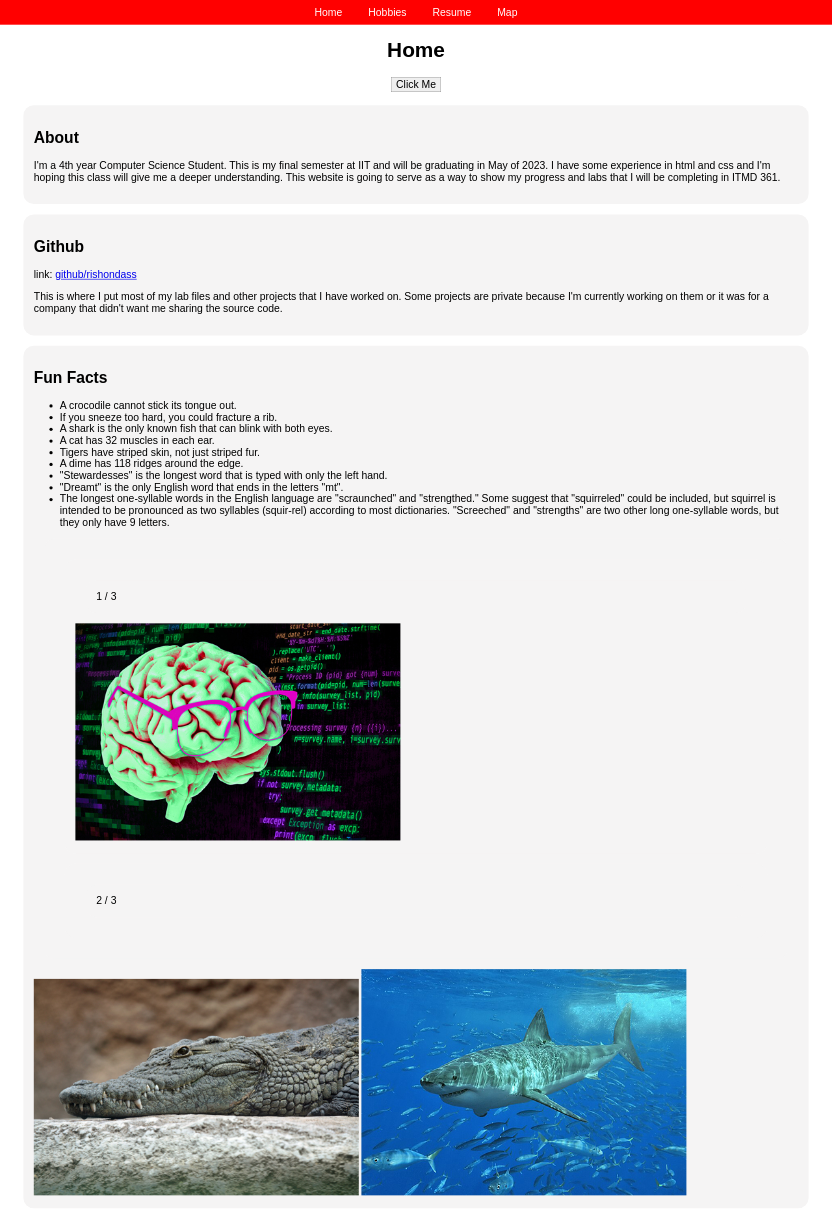
Repository: rishondass/ITMD361-Project3
Page: index.html
These files come from the project's save history. The page is drawn as it stood at one moment and after a run of saves; the edit follows.
The browser window is 1280 px wide. The pictures show the whole page, at 65% of full size.

Above is the page before, as saved 2023-04-28 18:16:37.

### index.html
<!DOCTYPE html>
<html lang="en">
<head>
  <meta charset="UTF-8">
  <meta name="viewport" content="width=device-width, initial-scale=1.0">
  <script src="./js/index.js"></script>
  <link rel="stylesheet" href="css/normalize.css">
  <link rel="stylesheet" href="css/style.css">
  <title>Home</title>
</head>
<body>
  <nav id="main-nav">
    <ul>
      <li>
        <a href="index.html">Home</a>
      </li>
      <li>
        <a href="hobbies.html">Hobbies</a>
      </li>
      <li>
        <a href="resume.html">Resume</a>
      </li>
      <li>
        <a href="map.html">Map</a>
      </li>
    </ul>
  </nav>
  <div id="hero-section">
    <h1 id="title">
      Home
    </h1>
    <div id="secretdiv">
      <button id="secretbutton">Click Me</button>
    </div>

  </div>
  <div id="main-container">
    <div id="about-section">
      <h2>
        About
      </h2>
      <p>
        I'm a 4th year Computer Science Student. This is my final semester at IIT and will be graduating in May of 2023. I have some experience in html and css and I'm hoping this class will give me a deeper understanding. This website is going to serve as a way to show my progress and labs that I will be completing in ITMD 361.
      </p>
    </div>
    <div id="github-section">
      <h2>
        Github
      </h2>
      <p>
        link: <a target="_blank" href="https://www.github.com/rishondass">github/rishondass</a>
      </p>
      <p>
        This is where I put most of my lab files and other projects that I have worked on. Some projects are private because I'm currently working on them or it was for a company that didn't want me sharing the source code.
      </p>
    </div>
    <div id="funfactions-section">
      <h2>
        Fun Facts
      </h2>
      <ul>
        <li>
          A crocodile cannot stick its tongue out.
        </li>
        <li>
          If you sneeze too hard, you could fracture a rib.
        </li>
        <li>
          A shark is the only known fish that can blink with both eyes.
        </li>
        <li>
          A cat has 32 muscles in each ear.
        </li>
        <li>
          Tigers have striped skin, not just striped fur.
        </li>
        <li>
          A dime has 118 ridges around the edge.
        </li>
        <li>
          "Stewardesses" is the longest word that is typed with only the left hand.
        </li>
        <li>
          "Dreamt" is the only English word that ends in the letters "mt".
        </li>
        <li>
          The longest one-syllable words in the English language are "scraunched" and "strengthed." Some suggest that "squirreled" could be included, but squirrel is intended to be pronounced as two syllables (squir-rel) according to most dictionaries. "Screeched" and "strengths" are two other long one-syllable words, but they only have 9 letters.
        </li>
      </ul>
      <div class="slideshow-container">
        <div class="mySlides fade">
          <div class="numbertext">1 / 3</div>
          <img src="images/code.jpg" alt="image_of_code">
        </div>

        <div class="slideshow-container">
          <div class="numbertext">2 / 3</div>
        </div>
      </div>

      <img src="images/nile_crocodile_head.jpg" alt="image_of_crocodile">
      <img src="images/white_shark.jpg" alt="image_of_shark">
    </div>
  </div>
</body>
</html>

### js/index.js
window.onload = function(){
    let secretButton = document.getElementById("secretbutton");

    secretButton.addEventListener("click",()=>{
        window.open("https://www.youtube.com/watch?v=BBJa32lCaaY");
    });
}

### css/style.css
#main-nav{
    background-color: red;
    overflow: hidden;
}

#main-nav ul{
    list-style-type: none;
    padding: 0;
    margin: 0;
    display: flex;
    justify-content: center;
}

#main-nav a{
   display: block;
   padding: 10px 20px;
   text-decoration: none;
   color: white;
}


#main-nav a:hover{
    background-color: rgb(255, 255, 255);
    color:black;
}

#main-container{
    margin: 20px;
}

/*
To be added
#hero-section{
    width: 100%;
    height: 100vh;
    background-color:rgb(15, 92, 207);
} */

#title{
    text-align: center;
}

#about-section{

}

#main-container div{
    margin: 1rem;
    border-radius: 1rem;
    padding: 1rem;
    background-color:rgb(245, 244, 244);
}

.container-objects{
    margin: 1rem;
    border-radius: 1rem;
    padding: 1rem;
    background-color:rgb(245, 244, 244);
}

.hobbies-images{
    width: 300px;
}

.hobbies-videos{
    width: 500px;
}



.hobby-container-item{
    float: left;
    background-color:rgb(245, 244, 244);
}


#map {
  display: flex;
  justify-items: center;
  height: 800px;
  width: 80%;
  margin: 10px auto;
}

@media screen and (max-width:390px) {
  .container-objects{
    background-color: red;
    color: white;
    text-align: center;
    padding: 12px;
    height: 500px;
  }
}

@media screen and (max-width:820px) and (min-width:390px) {
  .container-objects{
    background-color: rgb(212, 0, 255);
    color: white;
    text-align: right;
    height: 300px;
    padding: 10px;
  }
}

#secretdiv{
    display: flex;
    justify-content: center;
}

Loaded but not shown: css/normalize.css (library)

After the next 2 saves:
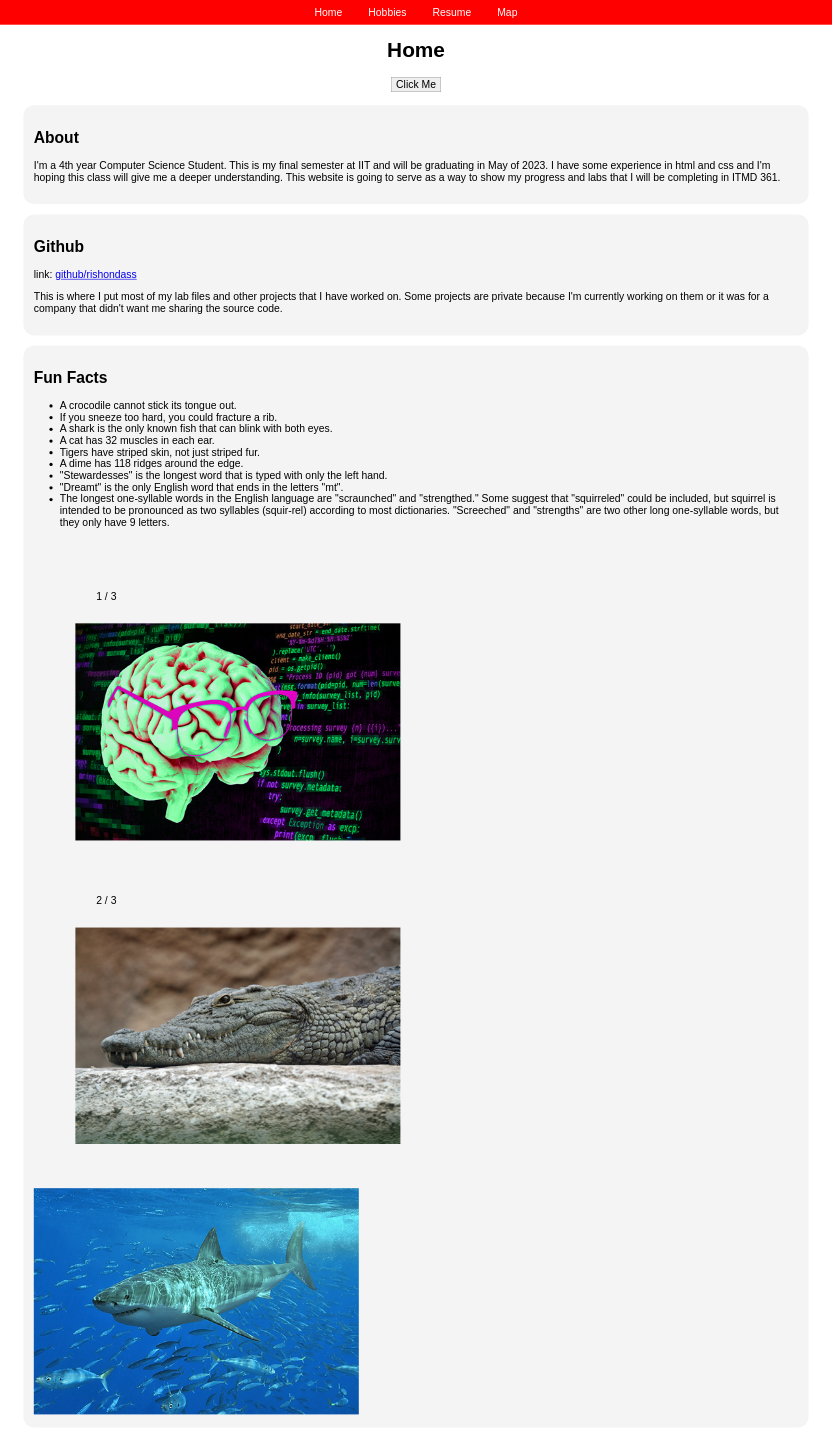
The 2 saves are shown as one change because they came seconds apart.
The last was saved 7 s later.
--- a/index.html
+++ b/index.html
@@ -95,10 +95,11 @@
 
         <div class="slideshow-container">
           <div class="numbertext">2 / 3</div>
+          <img src="images/nile_crocodile_head.jpg" alt="image_of_crocodile">
         </div>
       </div>
 
-      <img src="images/nile_crocodile_head.jpg" alt="image_of_crocodile">
+
       <img src="images/white_shark.jpg" alt="image_of_shark">
     </div>
   </div>
